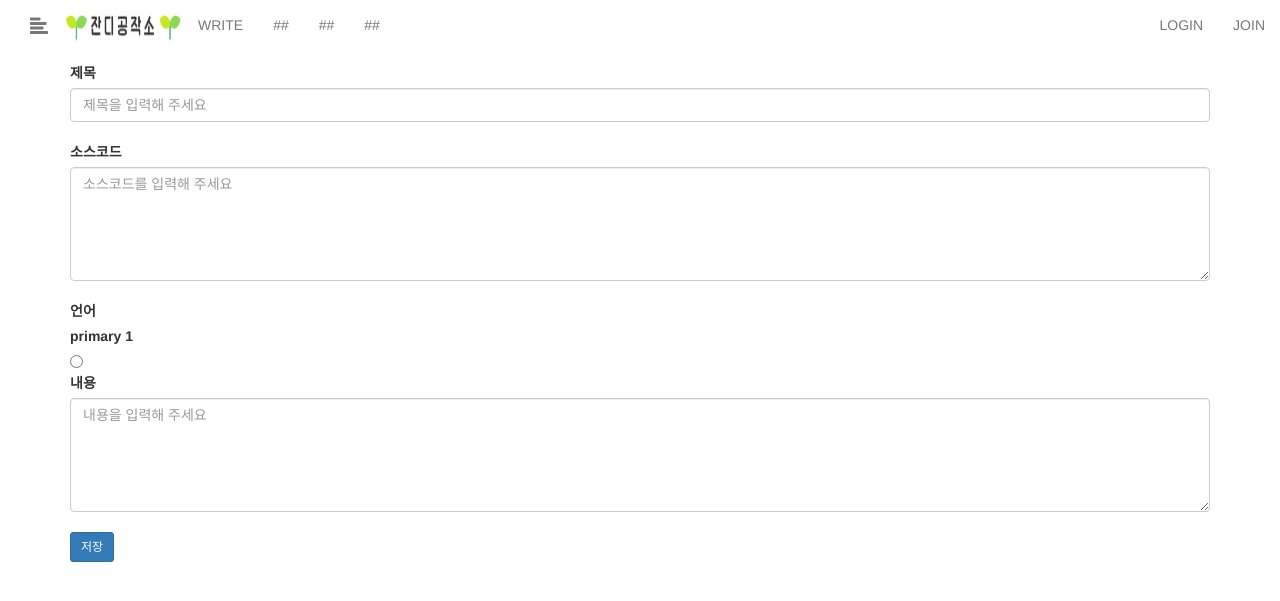
Repository: guddus326/Grass_Farm
Page: http://localhost/Grass_Farm/Write.jsp
The author's editor kept a copy of each file at every save. The page is drawn from the files as they stood at one save, then again after the next save.
The browser window is 1280 px wide. The pictures show the whole page.
The page is served by Tomcat 9. Other server files are loaded and not shown.

Above is the page before, as saved 2020-10-04 04:44:14.

### Grass_Farm/Grass_Farm/WebContent/Write.jsp
<%@ page language="java" contentType="text/html; charset=UTF-8"
	pageEncoding="UTF-8"%>
<%@ page import="java.io.PrintWriter"%>
<!DOCTYPE html>
<html>
<head>
<meta http-equiv="Content-Type" content="text/html; charset=UTF-8">
<meta name="viewport" content="width=device-width" initial-scale="1">
 <link rel="stylesheet" href="css/bootstrap.min.css">


<title>오늘의 잔디</title>
<style>
 <style>
        body { padding-top: 50px; }
      	.navbar-fixed-top{
      		background-color: white;
      	}
        .page-header{
            font-family: 'Playfair Display', serif;
            text-align: left;
        }
		</style>
</style>
</head>
<body>
<%
		//로그인 한사람이라면	 userID라는 변수에 해당 아이디가 담기고 그렇지 않으면 null값
		String userID = null;
		if (session.getAttribute("userID") != null) {
			userID = (String) session.getAttribute("userID");
		}
%>
 <nav class="navbar-fixed-top navbar-default">
        <div class="container-fluid">
            <div class="navbar-header">
                <a class="navbar-brand" href="#">
                    <span class="glyphicon glyphicon-align-left" aria-hidden="true"></span>
                </a>
             </div>
			<div class="navbar-header">
            <a href="Index.jsp"><img alt="Brand" width=120px; height=40px;" style="margin-top: 8px;" src="./img/logo.JPG"></a>
			</div>

          <!-- Collect the nav links, forms, and other content for toggling -->
          <div class="collapse navbar-collapse" id="bs-example-navbar-collapse-1">
           	<ul class="nav navbar-nav">
              <li><a href="Write.jsp">WRITE</a></li>
              <li><a href="#">##</a></li>
              <li><a href="#">##</a></li>
              <li><a href="#">##</a></li>
            </ul>

            <%
            	if(userID==null){
            %>
            <ul class="nav navbar-nav navbar-right">
              <li><a href="Login.jsp">LOGIN</a></li>
              <li><a href="Join.jsp">JOIN</a></li>
            </ul>
            <%
            	}else{
            %>
            <ul class="nav navbar-nav navbar-right">
              <li><a href="LogoutAction.jsp">LOGOUT</a></li>
            </ul>
            <%
            	}
            %>
          </div><!-- /.navbar-collapse -->
        </div><!-- /.container-fluid -->
    </nav>
	<article>
		<div class="container" role="main">
			<h2>board Form</h2>
			<form method="post" action="WriteAction.jsp">
				<div class="mb-3">
					<label for="title">제목</label>
					<input type="text" class="form-control" name="bbsTitle" placeholder="제목을 입력해 주세요"><br>
				</div>
				<div class="mb-3">
					<label for="content">소스코드</label>
				    <textarea class="form-control" rows="5" name="bbsSource" placeholder="소스코드를 입력해 주세요" ></textarea><br>
				</div>

				<div class="mb-3">
					<label for="content">언어</label><br>
					<label for="success1">primary 1</label><br>
  					<input type="radio" id="success1" name="success" />

				</div>

				<div class="mb-3">
					<label for="content">내용</label>
					<textarea class="form-control" rows="5" name="bbsContent" placeholder="내용을 입력해 주세요" ></textarea><br>
				</div>

				<div >
					<button type="submit" class="btn btn-sm btn-primary" id="btnSave">저장</button>
				</div>
		</form>


		</div>
	</article>
</body>
</html>

Loaded but not shown: Grass_Farm/Grass_Farm/WebContent/css/bootstrap.min.css (library)

After the next save:
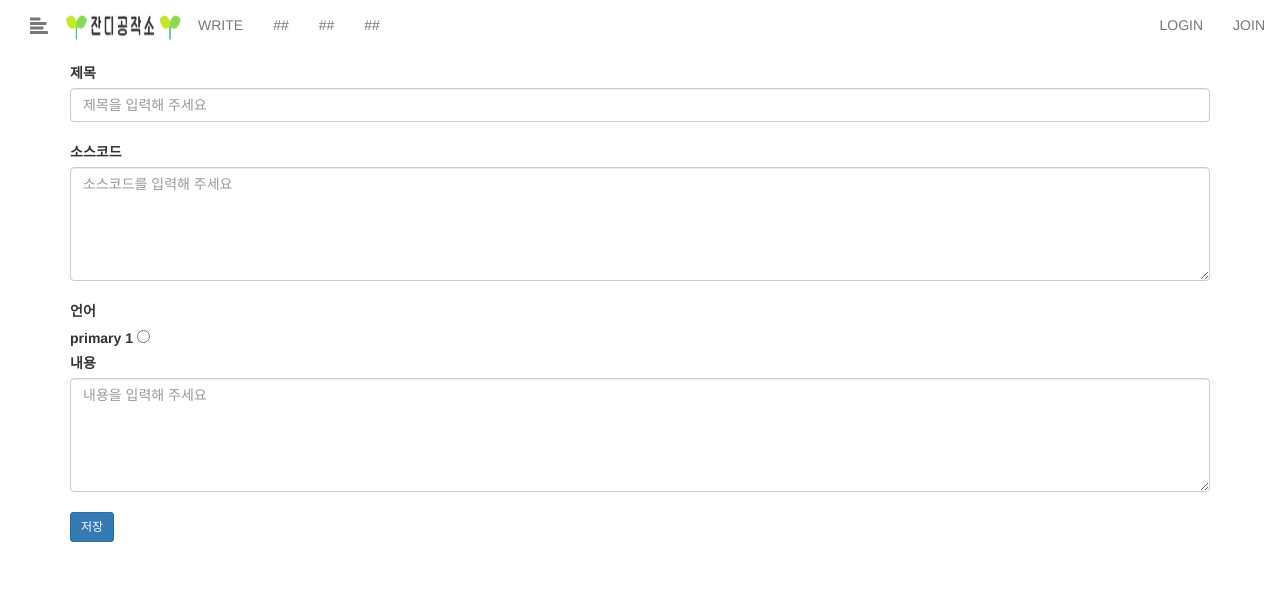
Saved 12 s later.
--- a/Grass_Farm/Grass_Farm/WebContent/Write.jsp
+++ b/Grass_Farm/Grass_Farm/WebContent/Write.jsp
@@ -85,8 +85,8 @@
 
 				<div class="mb-3">
 					<label for="content">언어</label><br>
-					<label for="success1">primary 1</label><br>
-  					<input type="radio" id="success1" name="success" />
+					<label for="success1">primary 1</label>
+  					<input type="radio" id="success1" name="success"><br>
 
 				</div>
 

After the save that followed:
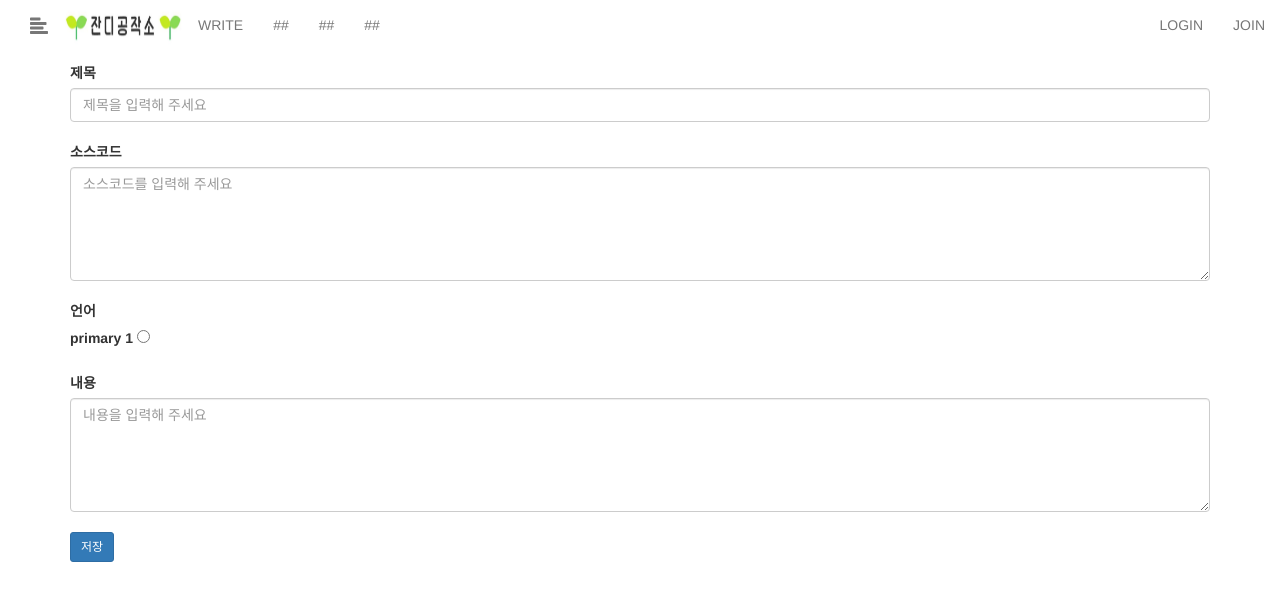
Saved 7 s later.
--- a/Grass_Farm/Grass_Farm/WebContent/Write.jsp
+++ b/Grass_Farm/Grass_Farm/WebContent/Write.jsp
@@ -86,7 +86,7 @@
 				<div class="mb-3">
 					<label for="content">언어</label><br>
 					<label for="success1">primary 1</label>
-  					<input type="radio" id="success1" name="success"><br>
+  					<input type="radio" id="success1" name="success"><br><br>
 
 				</div>
 
